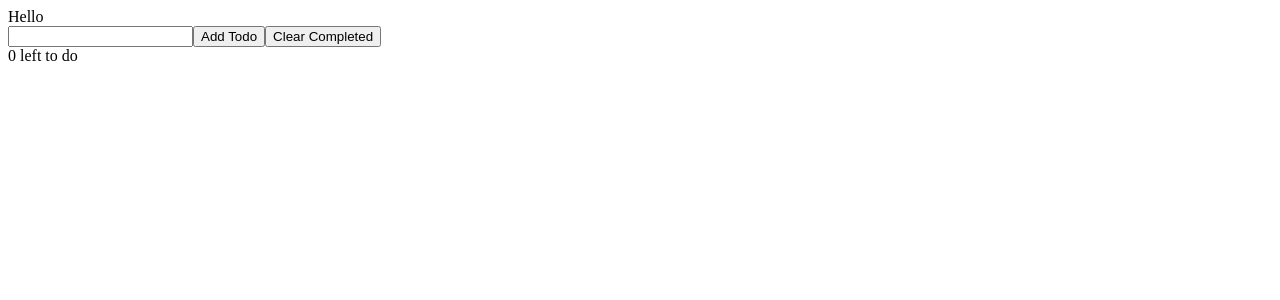
Repository: Hyperion72R/React-concepts
Page: /
The author's editor kept a copy of each file at every save. The page is drawn from the files as they stood at one save, then again after the next save.
The browser window is 1280 px wide. The pictures show the whole page.
The project was rebuilt for these pictures with package versions that can differ from the ones it lists, and the page was loaded fresh each time.

Above is the page before, as saved 2021-07-14 23:06:20.

After the next save:
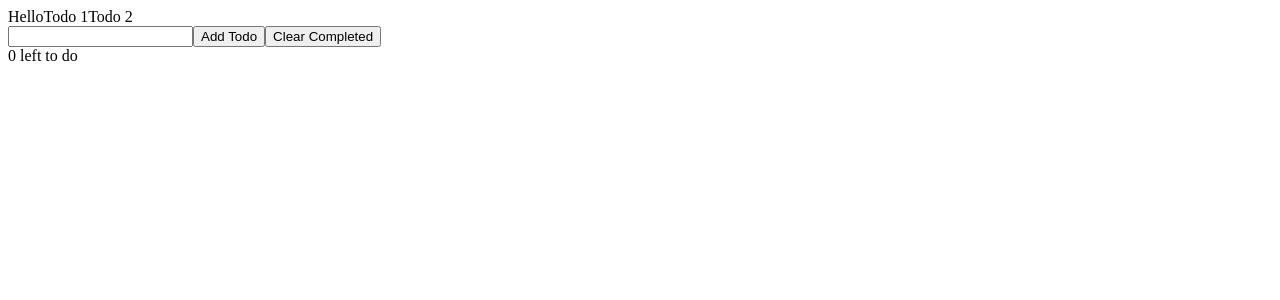
Saved 20 s later.
--- a/src/TodoList.js
+++ b/src/TodoList.js
@@ -1,5 +1,5 @@
 import React from "react";
 
 export default function TodoList({ todoList }) {
-  return <div>Hello</div>;
+  return <div>Hello{todoList}</div>;
 }
